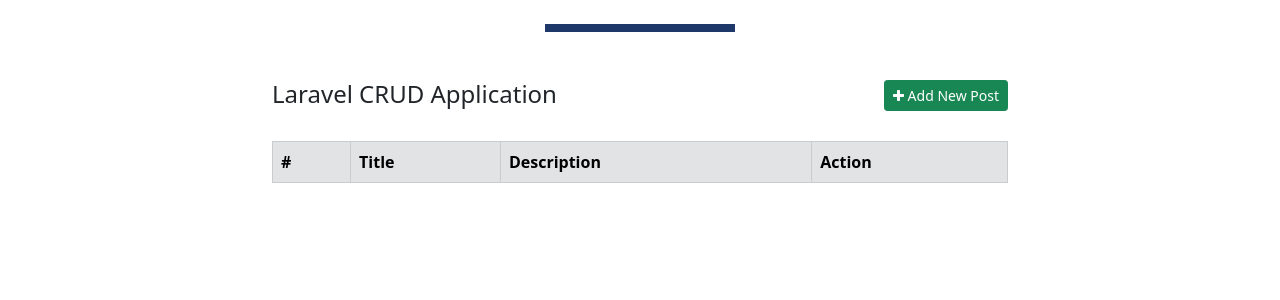
Repository: mitulrp-github/Laravel_Blog
Page: http://localhost/posts
An editor plug-in stored every save of this project. The page is shown before and after the next save, followed by the edit.
The browser window is 1280 px wide. The pictures show the whole page.
The page is served by the project's Laravel application, run on PHP 8.4 with Laravel 8. Queries for data that is not in the repository find no rows.

Above is the page before, as saved 2023-10-18 18:15:11.

After the next save:
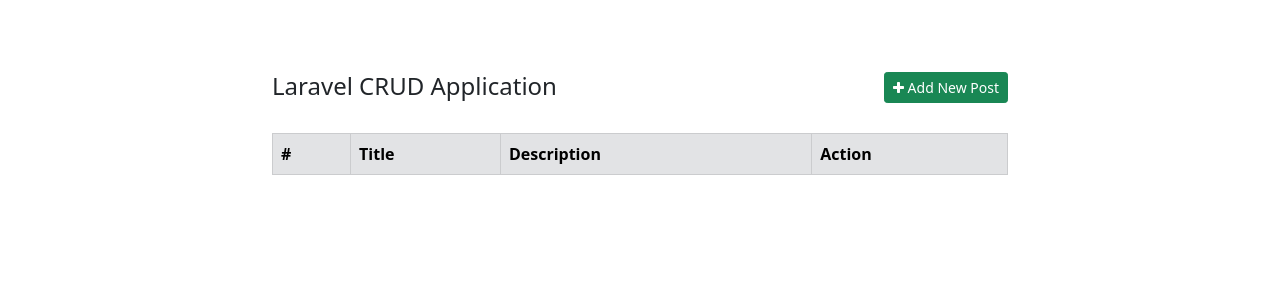
Saved 98 s later.
--- a/resources/views/posts/index.blade.php
+++ b/resources/views/posts/index.blade.php
@@ -3,12 +3,11 @@
 @section('content')
 
 <div class="row my-4">
-	<div class="col-lg-2 mx-auto p-1" style="background-color: #1f386a;">
-	  	<!-- <a href="https://www.buildwithphp.com/">
+	<!-- <div class="col-lg-2 mx-auto p-1" style="background-color: #1f386a;">
+	  	<a href="https://www.buildwithphp.com/">
 	  		<img src="https://www.buildwithphp.com/front/images/logo.webp" class="img-fluid">
-	  	</a> -->
-		<div id="MyAnimationId"></div>
-	</div>
+	  	</a>
+	</div> -->
 </div>
 
 <div class="row">
